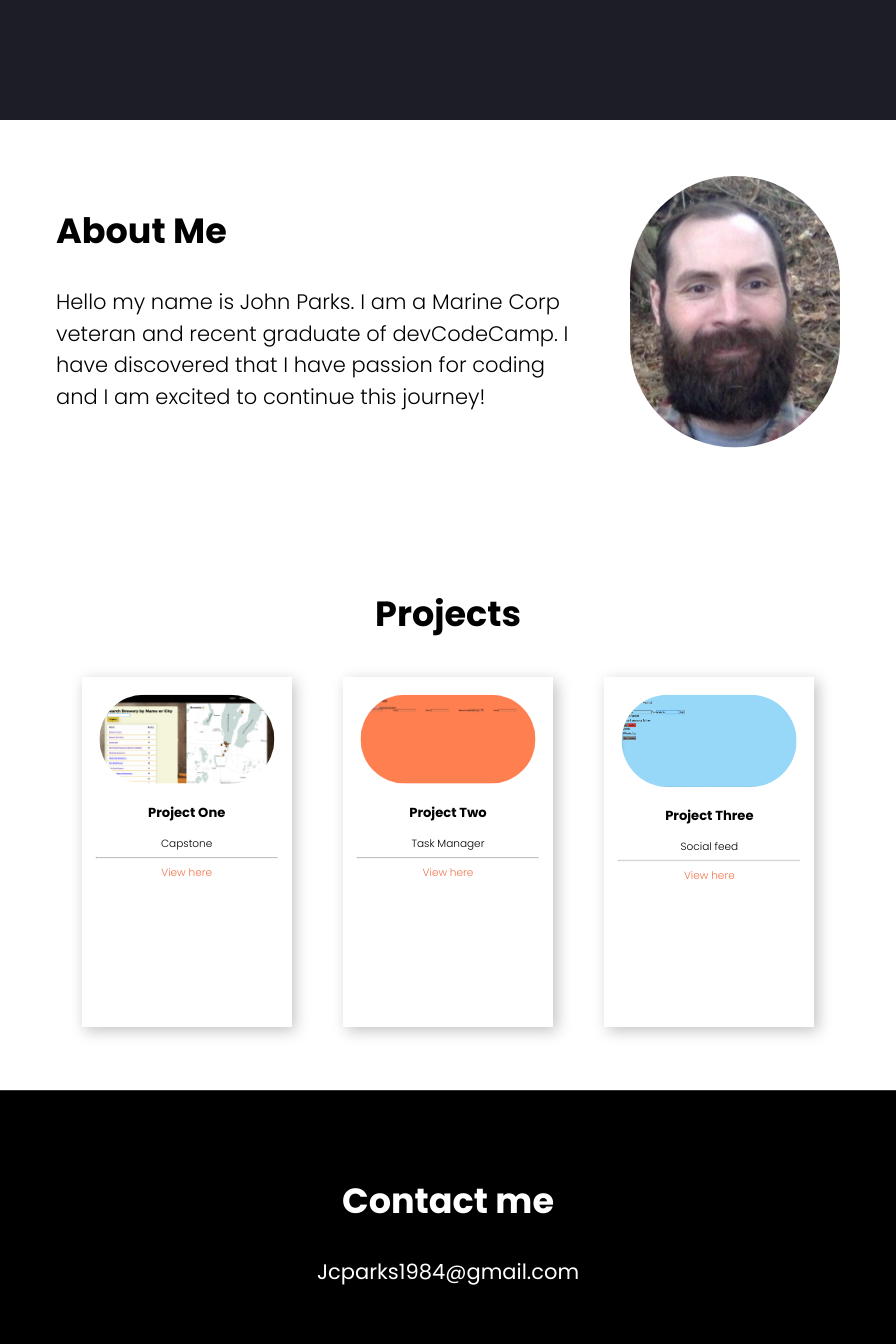
Repository: Jcparks84/Portfolio
Page: index.html
These files come from the project's save history. The page is drawn as it stood at one moment and after the next save; the edit follows.
The browser window is 1280 px wide. The pictures show the part of the page from y = 549 to 2469 px (the page is 2469 px tall), at 70% of full size.
A picture or video elsewhere on the page could not be fetched, so the positions and the page height are approximate. Some web libraries are served in a nearby version.

Above is the page before, as saved 2022-08-11 17:40:37.

### index.html
<!DOCTYPE html>
<html>
  <head>
    <link rel="stylesheet" href="src/styles.css" />
    <link rel="preconnect" href="https://fonts.gstatic.com">
    <link rel="preconnect" href="https://fonts.gstatic.com">
    <link href="https://fonts.googleapis.com/css2?family=Poppins:wght@300;400;600;700;800&display=swap" rel="stylesheet">
    <script src="https://kit.fontawesome.com/761e4c8e5c.js" crossorigin="anonymous"></script>
    <title>Portfolio</title>
    <meta charset="UTF-8" />
  </head>
  <body>
      <section class="hero">
          <nav>
            <img class="logo" src="src/images/coding-png-11.png" alt="John's Logo"/>
            <ul id="nav-list">
                  <li><a href="#about-me">About me</a></li>
                  <li><a href="#projects">Projects</a></li>
                  <li><a href="#contact-me">Contact</a></li>
              </ul>
              <button class="hamburger" id="hamburger">
                  <i class="fas fa-bars"></i>
              </button>
          </nav>
          <div class="hero-area">
            <div class="hero-text">
                <h1>John Parks</h1>
                <p>Full Stack Developer</p>
                <div class="button"><a href="#about-me">About me</a></div>
            </div>
            <div class="socials">
                <!-- lnkedin -->
                <a href="https://www.linkedin.com/in/jcparks84/" class="social">
                    <svg xmlns="http://www.w3.org/2000/svg" fill="#ffffff" width="50" height="50" viewBox="0 0 24 24"><path d="M19 0h-14c-2.761 0-5 2.239-5 5v14c0 2.761 2.239 5 5 5h14c2.762 0 5-2.239 5-5v-14c0-2.761-2.238-5-5-5zm-11 19h-3v-11h3v11zm-1.5-12.268c-.966 0-1.75-.79-1.75-1.764s.784-1.764 1.75-1.764 1.75.79 1.75 1.764-.783 1.764-1.75 1.764zm13.5 12.268h-3v-5.604c0-3.368-4-3.113-4 0v5.604h-3v-11h3v1.765c1.396-2.586 7-2.777 7 2.476v6.759z"/></svg>
                </a>
                <!-- Github -->
                <a href="https://github.com/Jcparks84" class="social">
                    <svg xmlns="http://www.w3.org/2000/svg" fill="#ffffff" width="50" height="50" viewBox="0 0 24 24"><path d="M12 0c-6.626 0-12 5.373-12 12 0 5.302 3.438 9.8 8.207 11.387.599.111.793-.261.793-.577v-2.234c-3.338.726-4.033-1.416-4.033-1.416-.546-1.387-1.333-1.756-1.333-1.756-1.089-.745.083-.729.083-.729 1.205.084 1.839 1.237 1.839 1.237 1.07 1.834 2.807 1.304 3.492.997.107-.775.418-1.305.762-1.604-2.665-.305-5.467-1.334-5.467-5.931 0-1.311.469-2.381 1.236-3.221-.124-.303-.535-1.524.117-3.176 0 0 1.008-.322 3.301 1.23.957-.266 1.983-.399 3.003-.404 1.02.005 2.047.138 3.006.404 2.291-1.552 3.297-1.23 3.297-1.23.653 1.653.242 2.874.118 3.176.77.84 1.235 1.911 1.235 3.221 0 4.609-2.807 5.624-5.479 5.921.43.372.823 1.102.823 2.222v3.293c0 .319.192.694.801.576 4.765-1.589 8.199-6.086 8.199-11.386 0-6.627-5.373-12-12-12z"/></svg>
                </a>
            </div>
            </div>
          </div>
      </section>
      <section class="sub-section" id="about-me">
          <div class="information">
              <h2>About Me</h2>
              <p>Hello my name is John Parks.  I am a Marine Corp veteran and recent graduate of devCodeCamp.
                I have discovered that I have passion for coding and I am excited to continue this journey!</p>
          </div>
          <div class="headshot-container">
            <img class="headshot" src="src/images/headshot.png" alt="image" loading="lazy">
        </div>
      </section>
      <section class="sub-section-alternative" id="projects">
          <h2>Projects</h2>
          <div class="project-container">
              <div class="project-card">
                  <img class="project-image" src="src/images/Capstone copy.png" alt="Project One Image"/>
                  <h3>Project One</h3>
                  <p class="subtext">Capstone</p>
                  <hr/>
                  <p class="subtext"><a class="project-link" href="https://github.com/Jcparks84/Capstone">View here</a></p>
              </div>
              <div class="project-card">
                <img class="project-image" src="src/images/music_library.png" alt="Project One Image"/>
                <h3>Project Two</h3>
                <p class="subtext">Task Manager</p>
                <hr/>
                <p class="subtext"><a class="project-link" href="https://github.com/Jcparks84/music_library">View here</a></p>
              </div>
              <div class="project-card">
                <img class="project-image" src="src/images/social_feed.png" alt="Project One Image"/>
                <h3>Project Three</h3>
                <p class="subtext">Social feed</p>
                <hr/>
                <p class="subtext"><a class="project-link" href="https://github.com/Jcparks84/social_feed">View here</a></p>
              </div>
          </div>
      </section>
      <footer id="contact-me">
          <h2>Contact me</h2>
          <a class="mail" href = "mailto: abc@example.com">Jcparks1984@gmail.com</a>
            </footer>
    <script src="src/app.js"></script>
  </body>
</html>

### src/styles.css
body {
    font-family: 'Poppins', sans-serif;
    margin: 0;
}

section {
    background-color: white;
}

.hero {
    background-color: #1c1d25;
    height: 100vh;
    color: white;
    font-size: 40px;
}

footer {
    background-color: black;
    color: white;
    text-align: center;
    padding: 80px;
}

nav {
    display: flex;
    justify-content: space-between;
}

ul {
    display: flex;
    list-style-type: none;
    width: 500px;
    justify-content: space-around;
    font-size: 30px;
}

li {
    text-decoration: none;
}

h1 {
    font-size: 90px;
    margin: 0;
}

h2 {
    font-size: 50px;
}

p {
    margin: 0;
    font-size: 30px;
    font-weight: 300;
}

.subtext {
    font-size: 15px;
    font-weight: 300;
}

.hero-area {
    display: flex;
    height: 100%;
    justify-content: space-between;
    align-items: center;
}

.hero-text {
    margin-left: 80px;
    margin-bottom: 200px;
}

.button {
    width: 200px;
    height: 55px;
    border-radius: 30px;
    background-color: coral;
    text-align: center;
    font-size: 30px;
    font-weight: 300;
    padding-top: 5px;
    margin-top: 20px;
}

.button:hover {
    background-color: #ef744b;
}

.button:active {
    background-color: #A9A9A9;
    color: #808080;
}

.socials {
    padding-bottom: 200px;
}

.logo {
    height: 80px;
    margin: 30px;
}
.social {
    margin: 20px;
}

.sub-section {
    display: flex;
    justify-content: space-around;
    padding: 80px;
}

.sub-section-alternative {
    display: flex;
    flex-direction: column;
    text-align: center;
    padding: 80px;
}

.headshot {
    width: 300px;
    border-radius: 150px;
    margin-left: 80px;
}

.headshot-container {
    display: flex;
    align-items: center;
}

.project-card {
    width: 300px;
    height: 500px;
    box-shadow: 5px 5px 20px rgb(197, 195, 195);
    margin: 10px;
}

.project-container {
    display: flex;
    justify-content: space-around;
}

@media only screen and (max-width: 1000px) {
    .project-container {
        display: flex;
        flex-wrap: wrap;
    }
}

.project-image {
    margin-top: 25px;
    width: 250px;
    border-radius: 125px;
}

hr {
    margin-left: 20px;
    margin-right: 20px;
}

.project-link {
    text-decoration: none;
    color: #ef744b;
}

a {
    text-decoration: none;
    color: white;
}

.hamburger {
    display: none;
}

.hamburger:focus{
    outline: 0;
}

.mail {
    font-size: 30px;
}


@media only screen and (max-width: 1000px) {
    .hamburger {
        display: block;
        border: 0;
        background-color: transparent;
        color: white;
        font-size: 30px;
        margin: 20px;
        align-self: flex-end;
    }

    ul {
        display: none;
        background-color: #2b2c38;
        margin: 0ppx;
    }

    ul.show {
        display: block;
    }

    nav {
        display: flex;
        flex-direction: column-reverse;
        background-color: #2b2c38;
    }

    .logo {
        display: none;
    }
}

Loaded but not shown: src/app.js (common file)

After the next save:
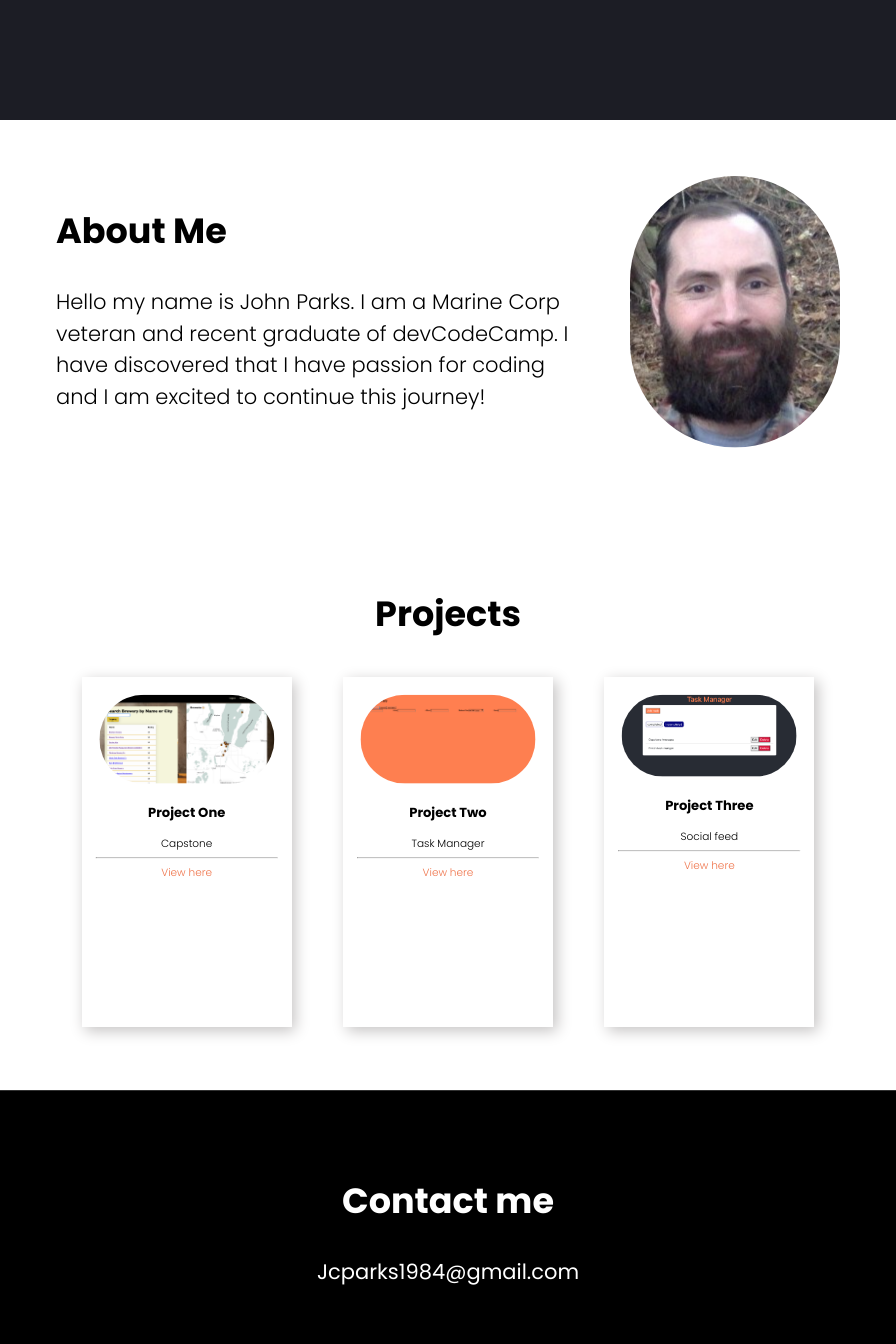
Saved 14 s later.
--- a/index.html
+++ b/index.html
@@ -69,7 +69,7 @@
                 <p class="subtext"><a class="project-link" href="https://github.com/Jcparks84/music_library">View here</a></p>
               </div>
               <div class="project-card">
-                <img class="project-image" src="src/images/social_feed.png" alt="Project One Image"/>
+                <img class="project-image" src="src/images/task_manager.png" alt="Project One Image"/>
                 <h3>Project Three</h3>
                 <p class="subtext">Social feed</p>
                 <hr/>
